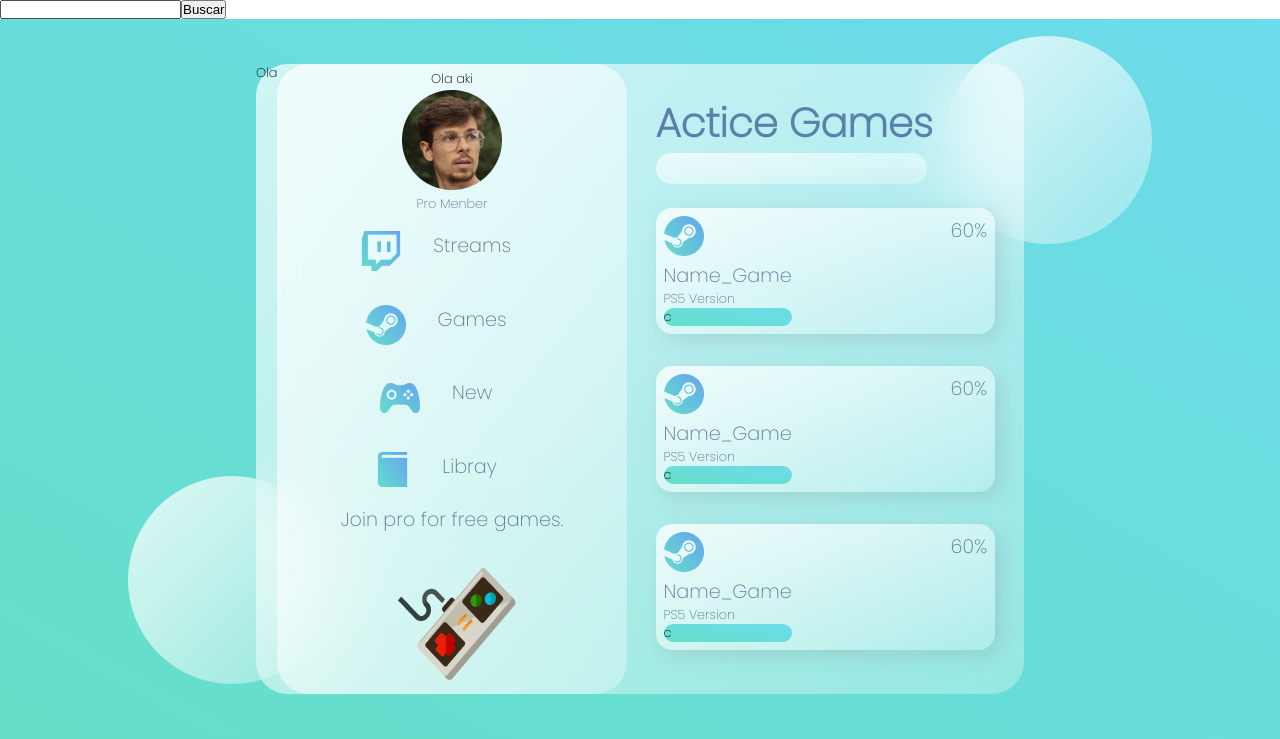
Repository: ServerK001/HomeGamer
Page: /
An editor plug-in stored every save of this project. The page is shown before and after the next save, followed by the edit.
The browser window is 1280 px wide. The pictures show the whole page.
The project was rebuilt for these pictures with package versions that can differ from the ones it lists, and the page was loaded fresh each time.

Above is the page before, as saved 2021-12-27 16:42:06.

### src/index.js
import React from 'react';
import ReactDOM from 'react-dom';
import './index.module.scss';
import App from './App';

ReactDOM.render(
  <React.StrictMode>
    <App />
  </React.StrictMode>,
  document.getElementById('root')
);

### src/index.module.scss
@import url('https://fonts.googleapis.com/css2?family=Poppins:ital,wght@0,200;1,100&display=swap');

* {
  margin: 0;
  padding: 0;
  box-sizing: border-box;
}

body{
  justify-content: center;
  align-items: center;
  font-family: 'Poppins', sans-serif;
  font-size: 0.8rem;

}

h1{
  color:#426696;
  font-weight: 600;
  opacity: 0.8;
  font-size: 2.5rem;
}

h2, p {
  color:#415879;
  font-weight: 500;
  opacity: 0.8;
}

h3 {
  color:#426696;
  font-weight: 600;
  opacity: 0.8;
}

### src/App.js


import { useState } from 'react';
import axios from 'axios';


import Home from './components/header/header';
import './css/App.scss'

function App() {

  const [player, setPlayer] = useState(1)


  const searchForPlayers = (event)=>{
      var URL  = "https://pokeapi.co/api/v2/pokemon/" + player

        axios.get(URL).then(res => setPlayer(res.data))
        console.log(player)



  }



  return (
    <>
      <div>
        <input type="text" onChange={e => setPlayer(e.target.value)}></input>

          <button  onClick={e => searchForPlayers(e)}>Buscar</button>
          <strong>{player.name}</strong>
      </div>
        <Home poke={player.name} />



    </>
  );
}

export default App;

### src/components/header/header.jsx
import React from 'react'
import { Dashborad } from '../dashboard/dashborad'
import GamesProgress from './GamesProgress/GamesProgress'

import    './style.scss'
export default function Home(props) {
    let pokemon = props.poke
    return (

        <main>
            <section className="glass">
                Ola {props.poke}

                <Dashborad nomePoke={pokemon}/>


                <GamesProgress />

            </section>
            <div className="circle1"></div>
            <div className="circle2"></div>
        </main>
    )
}

### src/components/dashboard/dashborad.jsx
import React from 'react'
import './style.scss'
import twitch from './images/twitch.png'
import avatar from './images/avatar.png'
import steam from './images/steam.png'
import upcoming from './images/upcoming.png'
import library from './images/library.png'
import Game from './proGames/proGames'

export const Dashborad = (props) => {
    return (
            <div className="dashborad">

                    Ola aki
                    <div className="user">
                        <img src={avatar} alt="" />
                            <h3>{props.nomePoke}</h3>
                                <p>Pro Menber</p>
                    </div>

                        <div className="links">
                                <div className="link">
                                <img src={twitch} />
                                        <h2>Streams</h2>
                                </div>
                        </div>

                        <div className="links">
                                <div className="link">
                                    <img src={steam} alt="" />
                                        <h2>Games</h2>
                                </div>
                        </div>

                        <div className="links">
                                <div className="link">
                                    <img src={upcoming} alt="" />
                                        <h2>New</h2>
                                </div>
                        </div>

                        <div className="links">
                                <div className="link">
                                    <img src={library} alt="" />
                                        <h2>Libray</h2>
                                </div>
                        </div>

                  <Game />


            </div>
    )
}

### src/components/header/GamesProgress/GamesProgress.jsx
import React from 'react'
import gameimg from '../../dashboard/images/steam.png'
import Cardsgames from './cardsGames/cardsgames'
import './style.scss'
export default function GamesProgress() {
    return (
            <div className="games">
                <div className="status">
                    <h1>Actice Games</h1>
                    <input type="text" />
                </div>

           <Cardsgames image={gameimg} />
           <Cardsgames image={gameimg} />
           <Cardsgames image={gameimg} />











            </div>
    )
}

### src/components/header/style.scss

main {
  min-height: 100vh;
  background: linear-gradient(to right top, #65dfc9, #6cdbeb);
  display: flex;
  align-items: center;
  justify-content: center;

}

.glass {
  background: white;
  min-height: 60vh;
  width: 60%;
  background: linear-gradient(
    to right bottom,
    rgba(255, 255, 255, 0.7),
    rgba(255, 255, 255, 0.3)
  );
  border-radius: 2rem;
  z-index: 2;
  backdrop-filter: blur(2rem);
  display: flex;


}



.circle1,
.circle2 {
  background: white;
  background: linear-gradient(
    to right bottom,
    rgba(255, 255, 255, 0.8),
    rgba(255, 255, 255, 0.3)
  );
  height: 13rem;
  width: 13rem;
  position: absolute;
  border-radius: 50%;
}

.circle1 {
  top: 5%;
  right: 10%;

}
.circle2 {
  bottom: 5%;
  left: 10%;
}

### src/components/dashboard/style.scss


.dashborad{
    flex: 1;
    display: flex;
    flex-direction: column;
    align-items: center;
    justify-content: space-evenly;
    text-align: center;
    padding: 0.3rem;


    background: linear-gradient(
        to right bottom,
        rgba(255, 255, 255, 0.7),
        rgba(255, 255, 255, 0.3)
      );

      border-radius: 2rem;
}

.link{
    display: flex;
   padding: 1rem 1rem;
}
.link h2 {
    padding: 0rem 2rem;
}

### src/components/dashboard/proGames/proGames.jsx
import React from 'react'
import controller from '../images/controller.png'

 const Games = () => {
    return (
        <>
        <div className='pro'>
            <h2>Join  pro  for  free games.</h2>
                <img src={controller}  />
        </div>

        </>
    )
}
export default Games

### src/components/header/GamesProgress/cardsGames/cardsgames.jsx
import React from 'react'
import './styles.scss'

export default function Cardsgames(props) {
    return (
     <div className="cards">
                <div className="card">
                    <img src={props.image}  />
                    <div className="card-info">
                        <h2>Name_Game</h2>
                        <p>PS5 Version</p>
                                <div className="progress">c</div>
                    </div>
                </div>
            <h2 className="porcentage">60%</h2>
     </div>
    )
}

### src/components/header/GamesProgress/style.scss
.games{
    display: flex;
    margin: 1.5rem;
    flex: 1;
    padding: 0.3rem;
    flex-direction: column;
    justify-content: space-evenly;
}

.status input{
 margin-bottom: 0.5rem;
 background: linear-gradient(
    to right bottom,
    rgba(255, 255, 255, 0.7),
    rgba(255, 255, 255, 0.3)
  );
 border: none;
 width: 80%;
 padding: 0.5rem;
 border-radius: 2rem;



}

### src/components/header/GamesProgress/cardsGames/styles.scss
.cards{
    background:linear-gradient(to left top, rgba(255, 255, 255, 0.2), rgba(255, 255, 255, 0.8));
    border-radius: 1rem;
    margin: 1rem 0rem ;
    padding:  0.5rem;
    box-shadow: 6px 6px 20px rgba(122, 122, 122, 0.212);
    display: flex;
    justify-content: space-between;

}

.progress {
    background: linear-gradient(to right top, #65dfc9, #6cdbeb);
    width: 100%;
    height: 100%;
    border-radius: 1rem;
    position: relative;
    overflow: hidden;
  }

Loaded but not shown: public/index.html (common file); src/css/App.scss (no stored copy; drawn as an empty file)

After the next save:
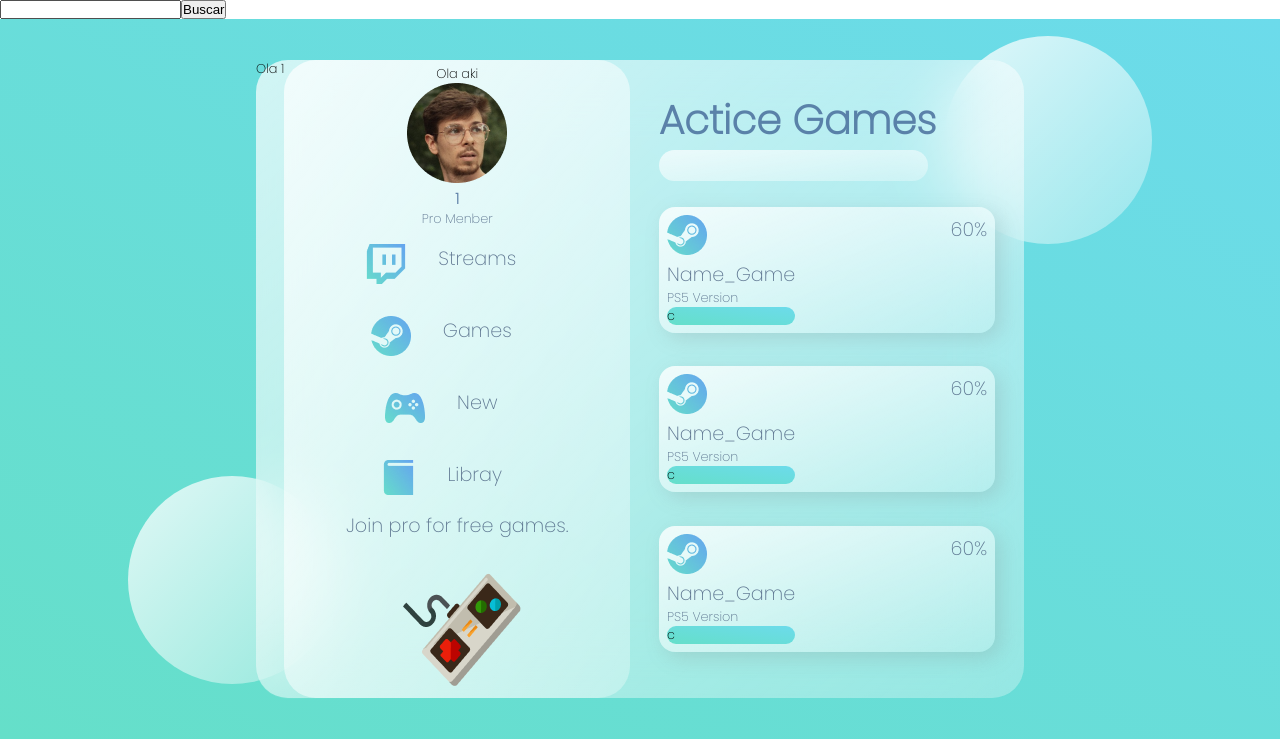
Saved 54 s later.
--- a/src/App.js
+++ b/src/App.js
@@ -32,7 +32,7 @@
           <button  onClick={e => searchForPlayers(e)}>Buscar</button>
           <strong>{player.name}</strong>
       </div>
-        <Home poke={player.name} />
+        <Home poke={player} />
 
 
 
